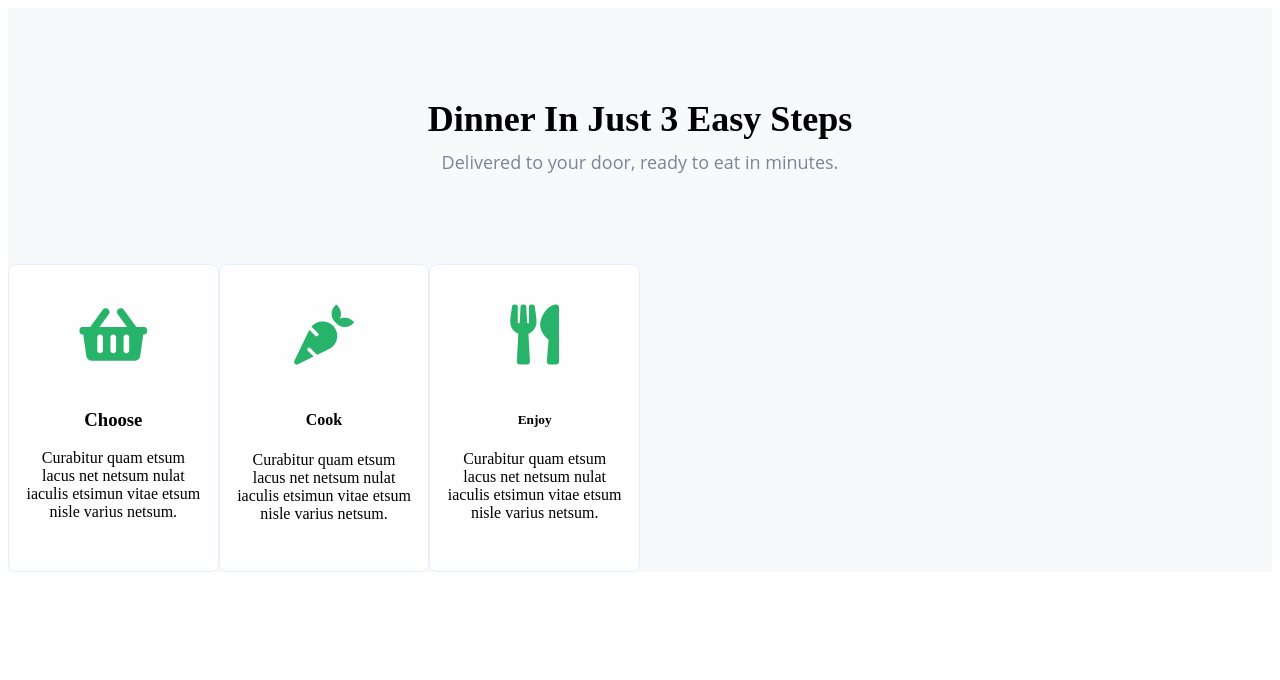
Repository: ST-United-Internship/leadpage
Page: wrapper-UI.html
The author's editor kept a copy of each file at every save. The page is drawn from the files as they stood at one save, then again after the next save.
The browser window is 1280 px wide. The pictures show the whole page.

Above is the page before, as saved 2023-03-15 13:54:28.

### wrapper-UI.html
<!DOCTYPE html>
<html lang="en">
<head>
    <meta charset="UTF-8">
    <meta http-equiv="X-UA-Compatible" content="IE=edge">
    <meta name="viewport" content="width=device-width, initial-scale=1.0">
    <title>Document</title>
    <link rel="stylesheet" href="css/wrapper-UI.css">
    <link rel="stylesheet" href="css/common.css">
    <link rel="stylesheet" href="https://use.fontawesome.com/releases/v5.15.4/css/all.css" integrity="sha384-DyZ88mC6Up2uqS4h/KRgHuoeGwBcD4Ng9SiP4dIRy0EXTlnuz47vAwmeGwVChigm" crossorigin="anonymous"/>
</head>
<body>
    <section>
        <div class="about">
            <div class="title-text">
                <h2>Dinner In Just 3 Easy Steps</h2>
                <p>Delivered to your door, ready to eat in minutes.</p>
            </div>
            <div class="card-container">
                <div class="card-title">
                    <div class="card-wrapper">
                        <i class="fas fa-shopping-basket"></i>
                        <h3>Choose</h3>
                        <p>Curabitur quam etsum lacus net netsum nulat iaculis etsimun vitae etsum nisle varius netsum.</p>
                    </div>
                    <div class="card-wrapper">
                        <i class="fas fa-carrot"></i>
                        <h4>Cook</h4>
                        <p>Curabitur quam etsum lacus net netsum nulat iaculis etsimun vitae etsum nisle varius netsum.</p>
                    </div>
                    <div class="card-wrapper">
                        <i class="fas fa-utensils"></i>
                        <h5>Enjoy</h5>
                        <p>Curabitur quam etsum lacus net netsum nulat iaculis etsimun vitae etsum nisle varius netsum.</p>
                    </div>
                </div>
                <div></div>
                <div></div>
            </div>
        </div>
    </section>
</body>
</html>

### css/wrapper-UI.css
.about{
    background-color: #f7fafa;
}

.about .title-text{
    text-align: center;
    padding: 90px;
}

.about .title-text h2{
    font-size: 36px;
    margin: 0px 0px 10px 0px;
}

.about .title-text p{
    font-size: 18px;
    font-family: 'Open Sans', sans-serif;
    margin: 0;
    font-weight: 400;
    color: #7c8595;
}

/* .about .card-coutainer{
    display: flex;
    background-color: #fefefe;
}


.about .card-coutainer .card-title{
    text-align: center;
    width: 18%;
}
.card-wrapper{
    transition: transform 0.5s linear;
}
.card-wrapper:hover {
  border: 1px solid #27b36a;
  transform: scale(1.05, 1.05);
} */

.about{
    background-color:#f7fafa ;
}

.about .card-container{
    width: 50%;
}
.about .card-container .card-title {
    display: flex;
    justify-content: center;
}

.card-wrapper{
    background-color: #FeFeFe;
    text-align: center;
    transition: transform 0.5s linear;
    padding: 40px 15px 32px 15px;
    transition: all 1s;
    border: 1px solid #e5efff;
    border-radius: 8px 8px;
}

.card-wrapper:hover{
    border: 1px solid #27b36a;
    transform: scale(1.05, 1.05);
}

.about .card-container .card-title .card-wrapper i{
    margin-bottom: 25px;
    font-size: 60px;
    color: #27b36a;
}

### css/common.css
.container {
  max-width: 80%;
  margin: auto;
  border: 1px solid blue;
}
.card {
  width: 400px;
}
.space-vertical {
  padding: 20px 0;
}

.space-horizontal {
  padding: 0 20px;
}

*,
**,
*::before,
*::after {
  box-sizing: border-box;
}

After the next save:
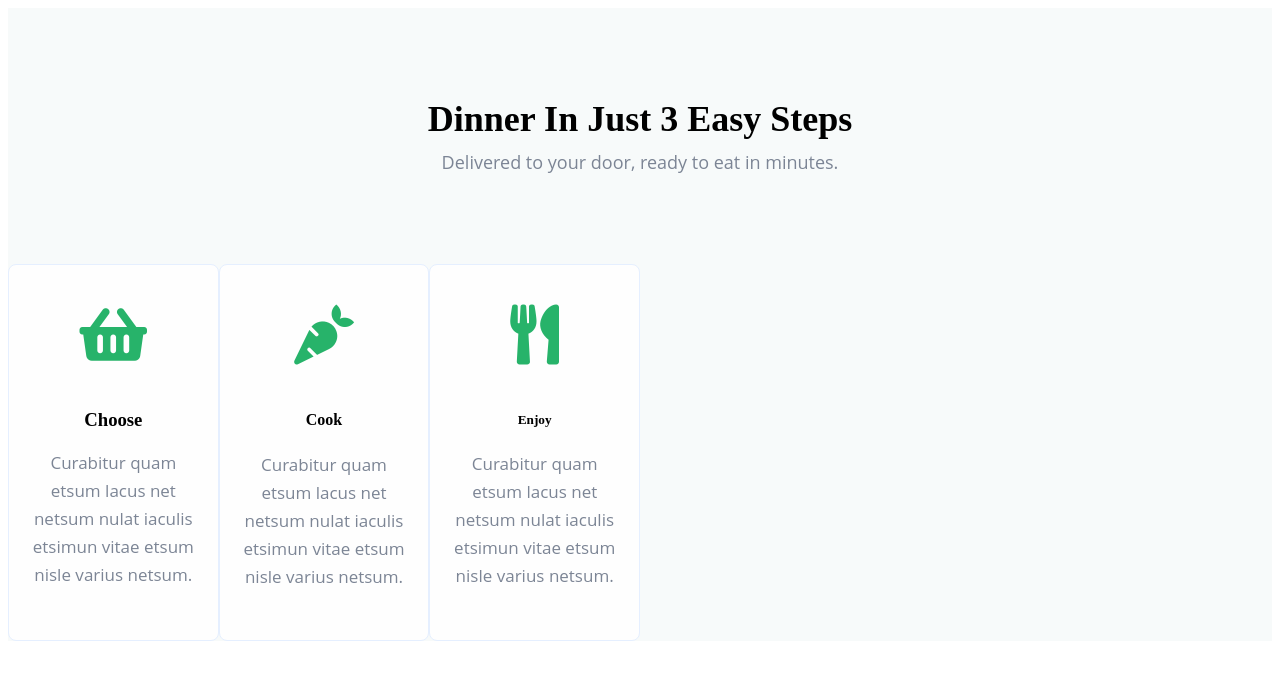
Saved 79 s later.
--- a/css/wrapper-UI.css
+++ b/css/wrapper-UI.css
@@ -70,3 +70,11 @@
     font-size: 60px;
     color: #27b36a;
 }
+
+.about .card-container .card-title .card-wrapper p{
+    font-size: 17px;
+    line-height: 28px;
+    font-weight: 400;
+    color: #7c8595;
+    font-family: 'Open Sans', sans-serif;
+}
